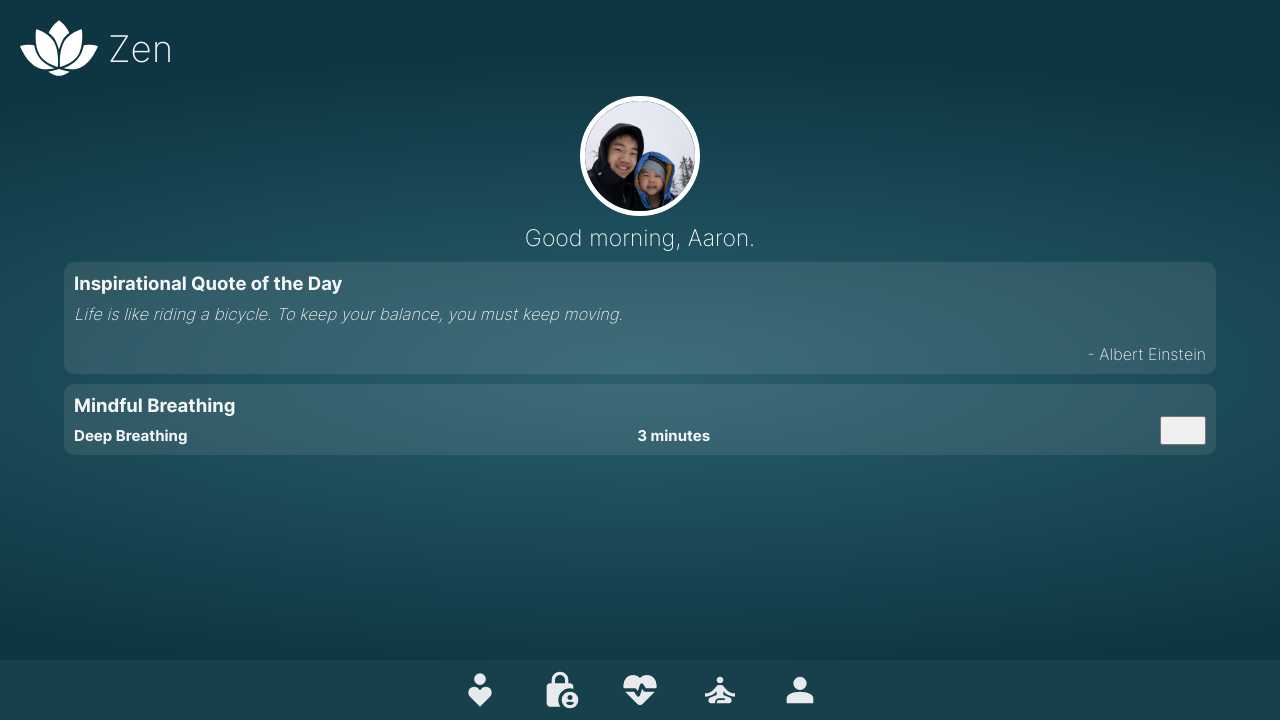
Repository: aaronw-dev/Zen
Page: mindful_dashboard.html
The author's editor kept a copy of each file at every save. The page is drawn from the files as they stood at one save, then again after the next save.
The browser window is 1280 px wide. The pictures show the whole page.

Above is the page before, as saved 2024-06-08 14:51:36.

After the next save:
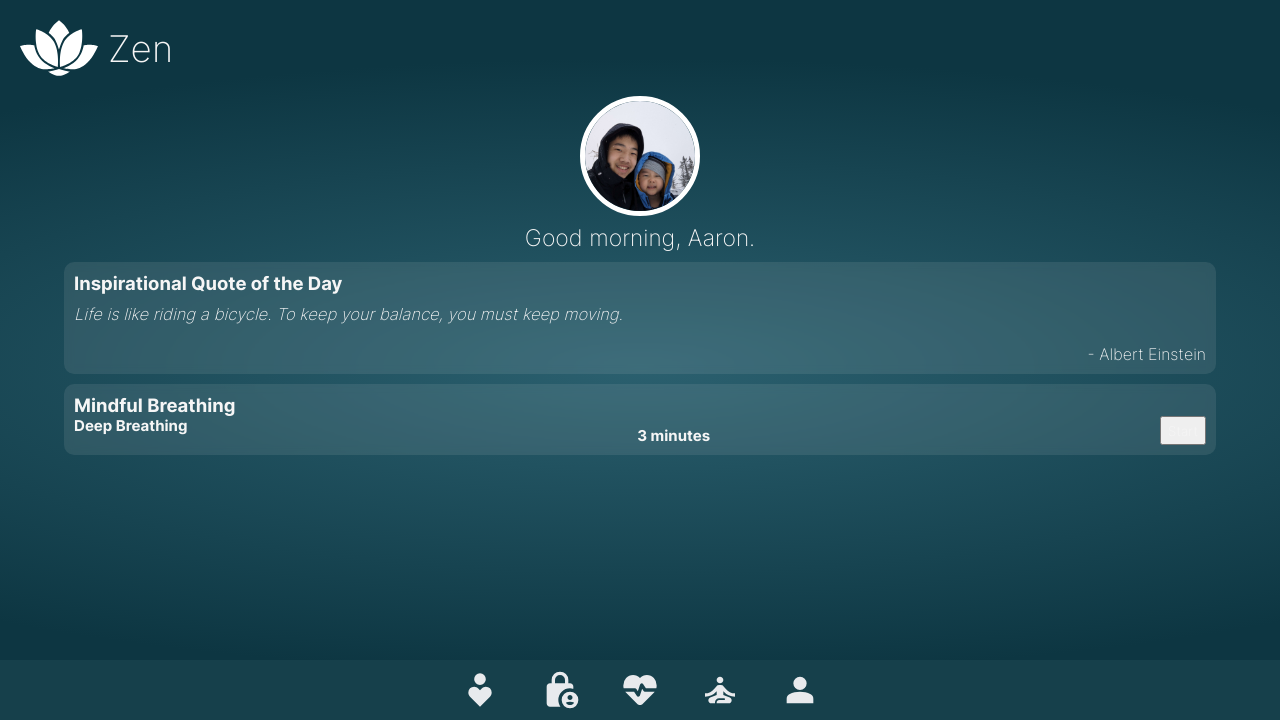
Saved 9 s later.
--- a/static/awdev.css
+++ b/static/awdev.css
@@ -143,6 +143,7 @@
     align-content: normal;
   }
   .mindful-title{
+    flex
     padding-top: 10px;
     color: #F6F6F6;
     font-family: Inter;

After the 4 saves that followed:
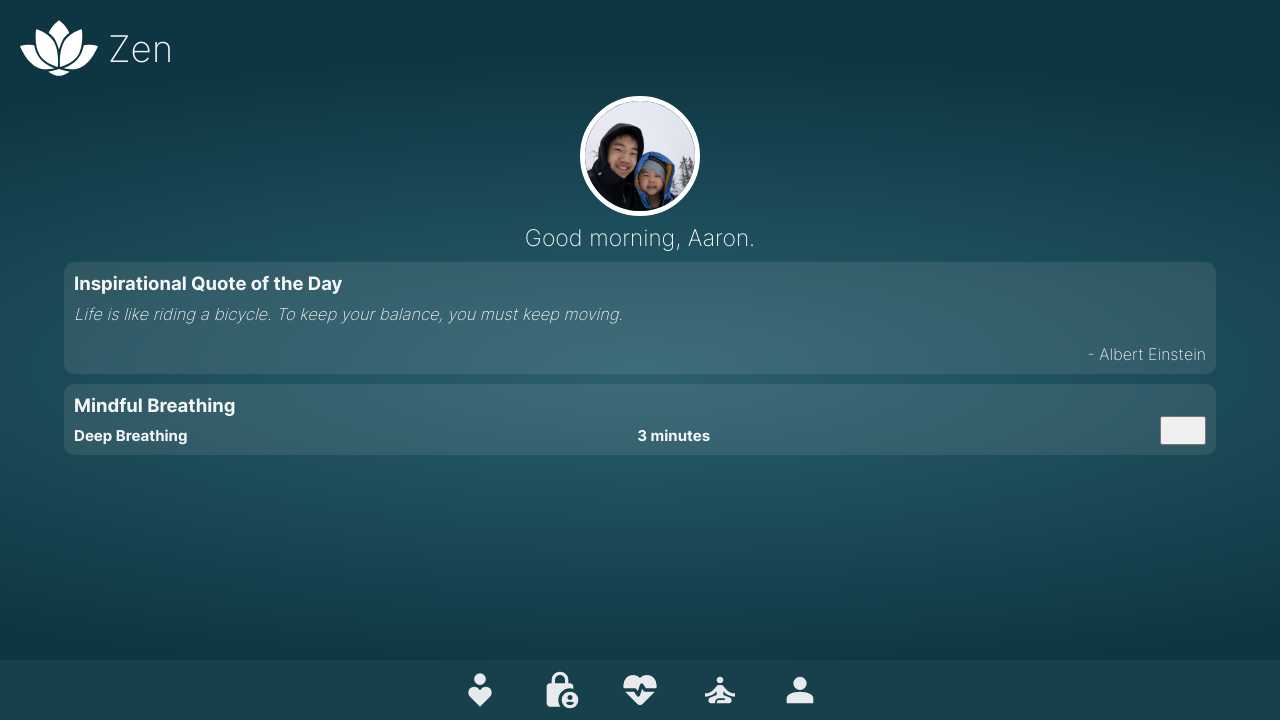
The 4 saves are shown as one change because they came seconds apart.
The last was saved 19 s later.
--- a/static/awdev.css
+++ b/static/awdev.css
@@ -143,7 +143,7 @@
     align-content: normal;
   }
   .mindful-title{
-    flex
+    align-items: left;
     padding-top: 10px;
     color: #F6F6F6;
     font-family: Inter;
